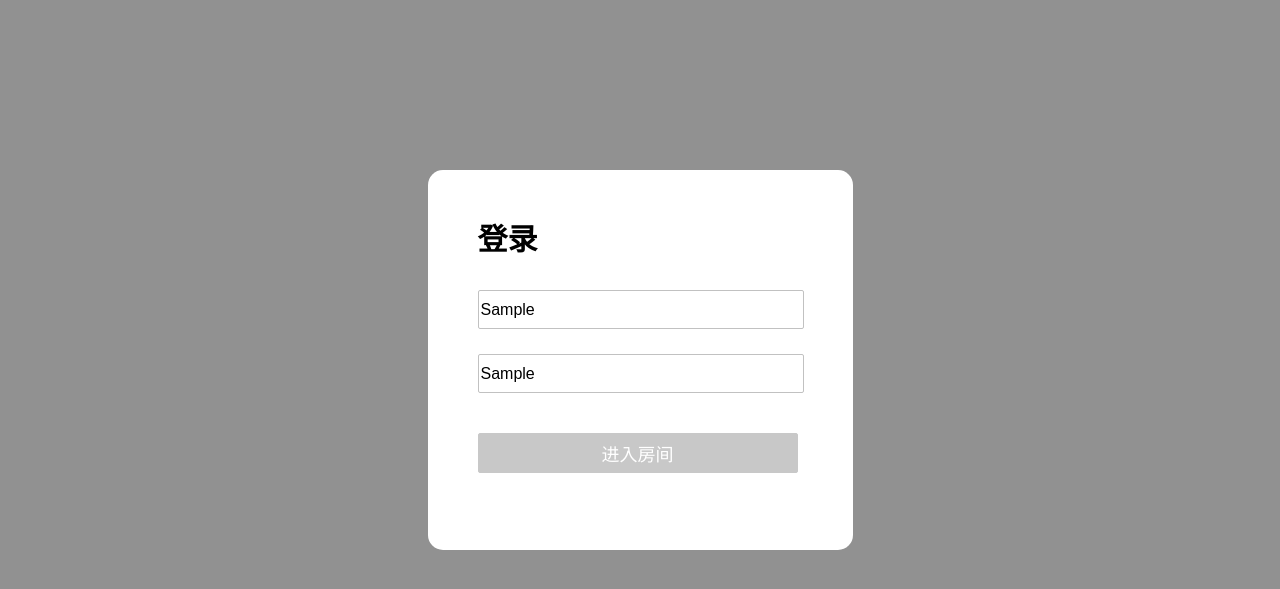
Repository: sjtu-course/homework
Page: GongZening/Week2/Web/LoginPage.html
These files come from the project's save history. The page is drawn as it stood at one moment and after the next save; the edit follows.
The browser window is 1280 px wide. The pictures show the whole page.
Empty fields were first filled with sample values (such as "Sample", 5 or name@example.com).
After loading, the first visible `#enter_button` was clicked once.

Above is the page before, as saved 2020-11-09 16:30:13.

After the next save:
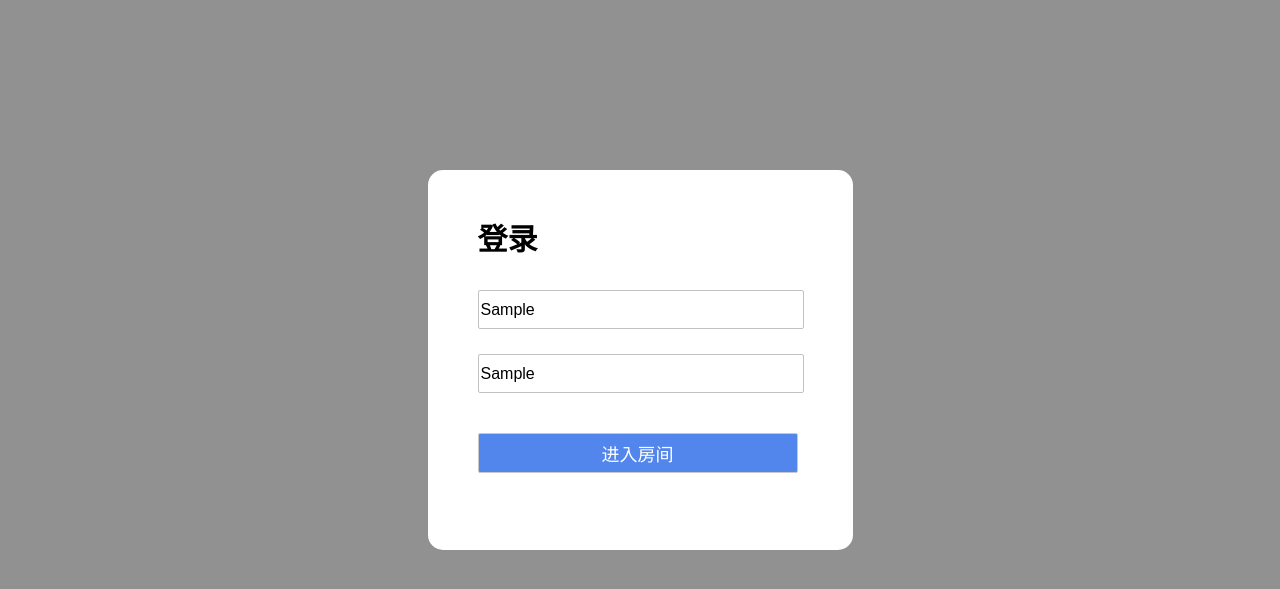
Saved 12 s later.
--- a/GongZening/Week2/Web/js/Button_Click.js
+++ b/GongZening/Week2/Web/js/Button_Click.js
@@ -1,7 +1,7 @@
 function enter_room(){
     // var room = document.getElementById("room_text").nodeValue;
     // var user = document.getElementById("user_text").nodeValue;
-    document.getElementById("enter_button").removeAttribute("disabled", true);
+    // document.getElementById("enter_button").removeAttribute("disabled", true);
     // document.getElementById("enter_button").style.color="#5286ed";
     // alert("成功");
     // if (room == "" || user == ""){
@@ -9,6 +9,6 @@ function enter_room(){
     // }
     // else{
     //     // document.getElementById("enter_button").removeAttribute("disabled", true);
-    //     document.getElementById("enter_button").style.backgroundColor="#5286ed";
+        document.getElementById("enter_button").style.backgroundColor="#5286ed";
     // }
 }
